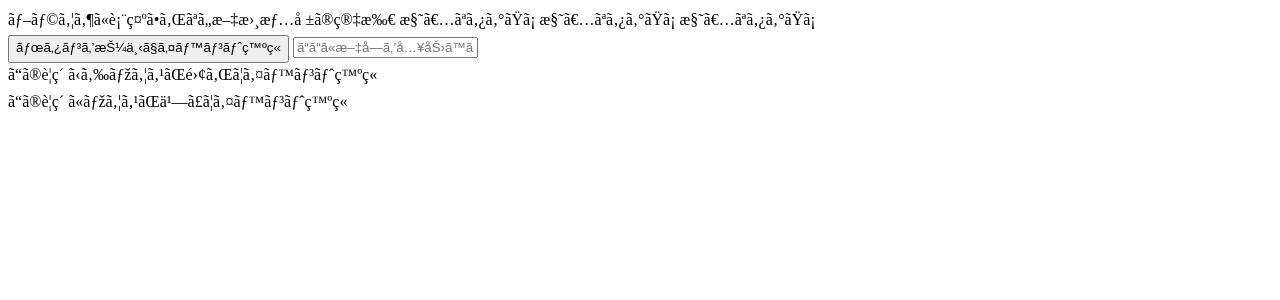
Repository: syokaturyou/potepan
Page: test/index6.html
The author's editor kept a record of every edit. The page is drawn from the files as they stood at one moment, then again after the next edit.
The browser window is 1280 px wide. The pictures show the whole page.

Above is the page before.
Console error: SyntaxError: Invalid or unexpected token

After the next edit:
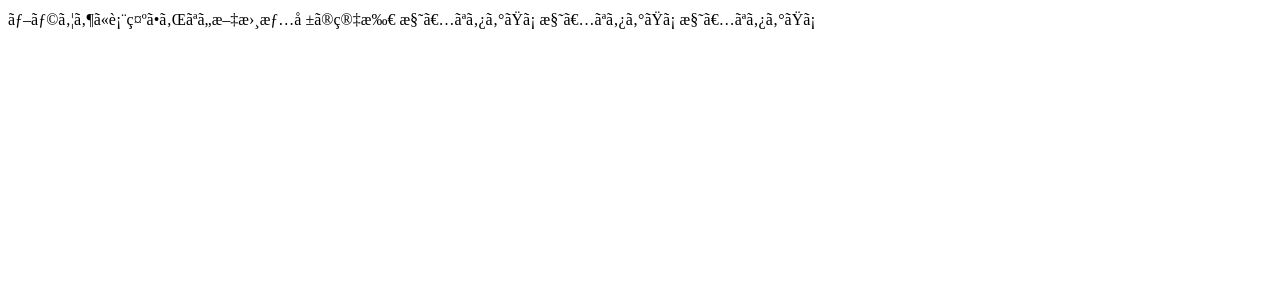
The error is gone.
The edit:
--- a/test/index6.html
+++ b/test/index6.html
@@ -11,16 +11,14 @@
         様々なタグたち
         様々なタグたち
 
-         <script>
-          javascriptのコードを記述をします
-         </script>
 
-       <div>
-        <button class="button" onclick=eventA();>ボタンを押下でイベント発火</button>
-        <input class="input" type=text oninput=eventB(); placeholder="ここに文字を入力する度にイベント発火">
-        <div class="block_a" onmouseout=eventC();>この要素からマウスが離れてイベント発火</div>
-        <div class="block_b" onmouseover=eventD();>この要素にマウスが乗ってイベント発火</div>
-       </div>
+
+       <!--<div>-->
+       <!-- <button class="button" onclick=eventA();>ボタンを押下でイベント発火</button>-->
+       <!-- <input class="input" type=text oninput=eventB(); placeholder="ここに文字を入力する度にイベント発火">-->
+       <!-- <div class="block_a" onmouseout=eventC();>この要素からマウスが離れてイベント発火</div>-->
+       <!-- <div class="block_b" onmouseover=eventD();>この要素にマウスが乗ってイベント発火</div>-->
+       <!--</div>-->
 
         <!--<script type="text/javascript" src="読み込むJavaScriptファイルまでのパス" charset="utf-8"></script>-->
         <script type="lesson/javascript" src="/lesson.js" charset="utf-8"></script>
